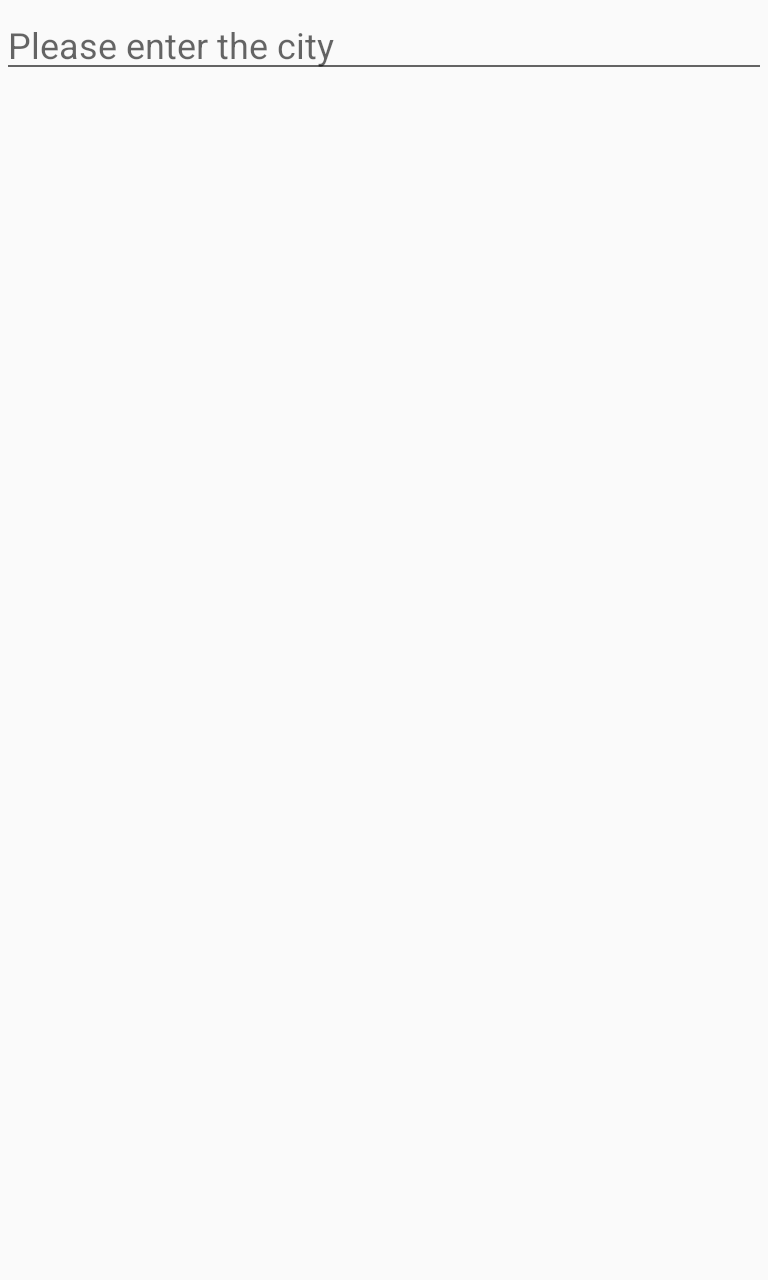
Repository: alexWr/weather-app
Layout: OpenWeatherT/res/layout/days.xml
An editor plug-in stored every save of this project. The layout is shown before and after the next save, followed by the edit.
It is drawn on a 768 x 1280 px phone screen (xhdpi) without system bars, with theme AppTheme; the app's code is not run.

Above is the layout before, as saved 2014-10-16 07:59:14.

### OpenWeatherT/res/layout/days.xml
<?xml version="1.0" encoding="utf-8"?>
<LinearLayout xmlns:android="http://schemas.android.com/apk/res/android"
    android:layout_width="match_parent"
    android:layout_height="match_parent"
    android:orientation="vertical" >
    <EditText
		android:layout_width="match_parent"
	    android:layout_height="wrap_content"
	    android:layout_gravity="center"
	    android:hint="Please enter the city"
		android:id="@+id/etDays"
		android:inputType="number"
		/>

</LinearLayout>

Loaded but not shown: OpenWeatherT/res/values/styles.xml (common file); OpenWeatherT/res/values-v11/styles.xml (common file); OpenWeatherT/res/values-v14/styles.xml (common file)

After the next save:
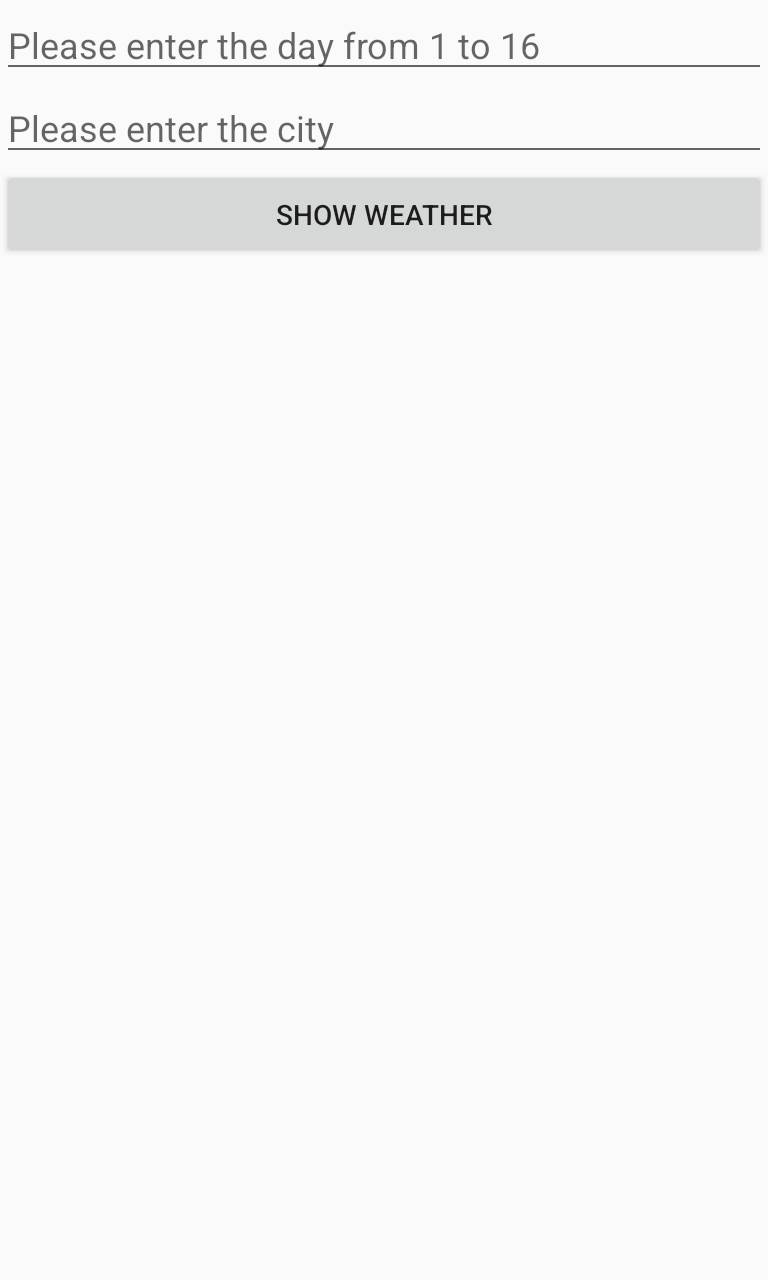
Saved 81 s later.
--- a/OpenWeatherT/res/layout/days.xml
+++ b/OpenWeatherT/res/layout/days.xml
@@ -7,9 +7,21 @@
 		android:layout_width="match_parent"
 	    android:layout_height="wrap_content"
 	    android:layout_gravity="center"
-	    android:hint="Please enter the city"
+	    android:hint="Please enter the day from 1 to 16"
 		android:id="@+id/etDays"
 		android:inputType="number"
 		/>
-
+	<EditText
+		android:layout_width="match_parent"
+	    android:layout_height="wrap_content"
+	    android:layout_gravity="center"
+	    android:hint="Please enter the city"
+		android:id="@+id/etCity1"
+		/>
+    <Button
+		android:layout_width="match_parent"
+		android:layout_height="wrap_content"
+		android:layout_gravity="center"
+		android:text="Show weather"
+		android:id="@+id/btnSubmit"/>
 </LinearLayout>
